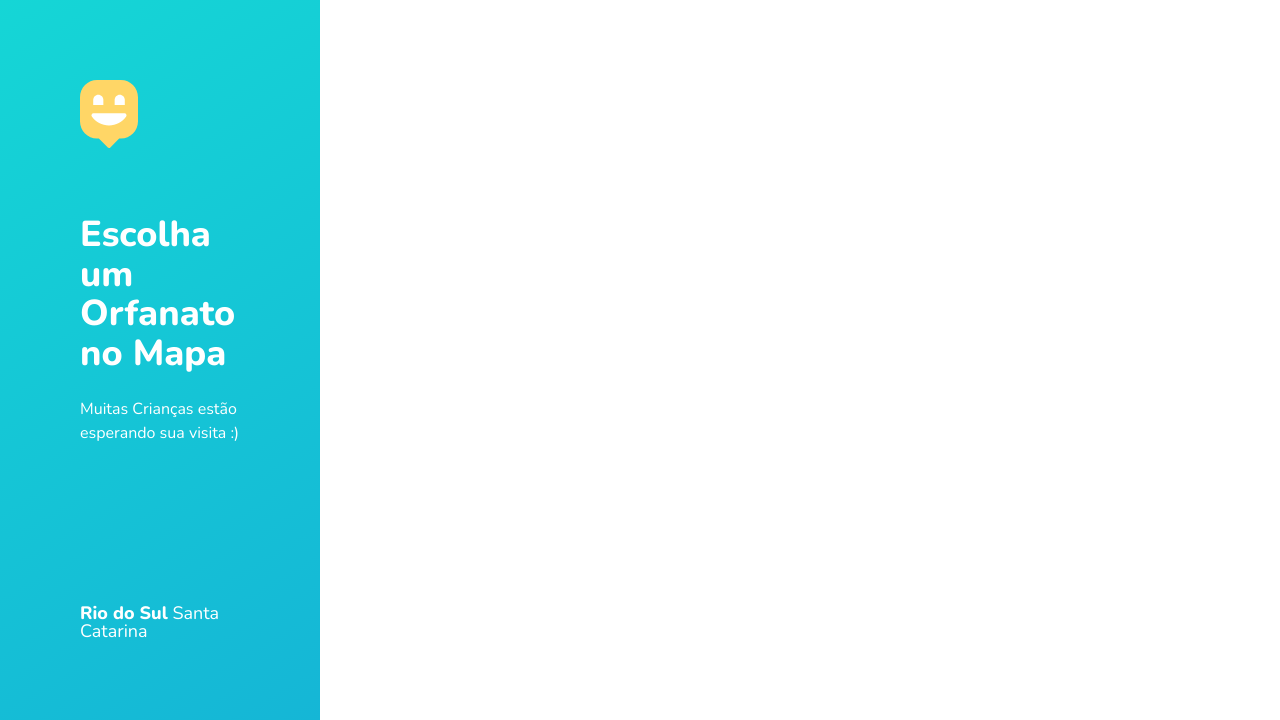
Repository: TeoNogueira/nlw3-rocketseatproject
Page: orphanages.html
The author's editor kept a copy of each file at every save. The page is drawn from the files as they stood at one save, then again after the next save.
The browser window is 1280 px wide. The pictures show the whole page.

Above is the page before, as saved 2020-10-13 17:09:14.

### orphanages.html
<!DOCTYPE html>
<html lang="en">

<head>
  <meta charset="UTF-8" />
  <meta name="viewport" content="width=device-width, initial-scale=1.0" />
  <title>Localize um Orfanato | Happy</title>
  <link rel="icon" href="/images/logo-icon.png" />
  <link rel="stylesheet" href="/css/main.css" />
  <link rel="stylesheet" href="/css/animations.css" />
  <link rel="stylesheet" href="/css/page-orphanages.css" />
  <link href="https://fonts.googleapis.com/css2?family=Nunito:wght@400;600;800&display=swap" rel="stylesheet">

</head>

<body id="body">
  <div id="page-orphanages" class=""> <!--ORPHANAGES COMEÇO-->
    <aside>
      <header>

        <img src="/images/map-marker.svg" alt="Happy" class="">

        <h2> Escolha um Orfanato no Mapa</h2>

        <p> Muitas Crianças estão esperando sua visita :)


        </p>

      </header>


<footer>

  <strong>Rio do Sul</strong>
  <span>Santa Catarina</span>
</footer>


    </aside>

    <div id="mapid"></div>

<a href="create-orphanage" class="create-orphanage" title="cadastre um orfanato">
  <img src="/images/plus.svg" alt="Criar orfanato" class="">

</a>



  </div><!--ORPHANAGES FIM-->
</body>

</html>

<!-- Hello World Hypertext >> são textos que contém links


    markup = marcações de tags
    -->

### public/css/main.css
* {
  margin: 0;
  padding: 0;
  box-sizing: border-box;
}

:root {
  font-size: 62.5%;
}
/* através do "ROOTEM" ou "rem" posso criar um root de tamanhos de pixels pre-configurados por mim mesmo*/

body {
  height: 100vh;
  color: white;
}

body,
button,
input,
textarea {
  /*
    font-size: 1.1em;
    font-family: 'Nunito', sans-serif;
    line-height: 1;
    font-weight: 400;*/
  font: 400 1.8rem/1 "Nunito", sans-serif;
}

### public/css/animations.css
/* Animações  ----*/

@keyframes up {
  from {
    opacity: 0;
    transform: translateY(16px);
  }

  to {
    opacity: 1;
    transform: translateX(0);
  }
}

.animate-up {
  animation-name: up;
  animation-duration: 300ms;
  animation-fill-mode: backwards;
}

/* Animações FIM ----*/

### public/css/page-orphanages.css
#page-orphanages {

width: 100%;
height: 100%;
display: flex;




}


aside { width: clamp(24rem, 25vw, 44rem);
    padding: 8rem;

background: linear-gradient(329.54deg, #15b6d6 0%, #15d6d6);

display: flex;
flex-direction: column;
justify-content: space-between;

}

aside h2 { margin-top: 6.4rem;
    font: 800 3.6rem/1.1 'Nunito', sans-serif;



}


aside p { margin-top: 2.4rem;
font: 400 1.6rem/1.5 'Nunito', sans-serif;}

After the next save:
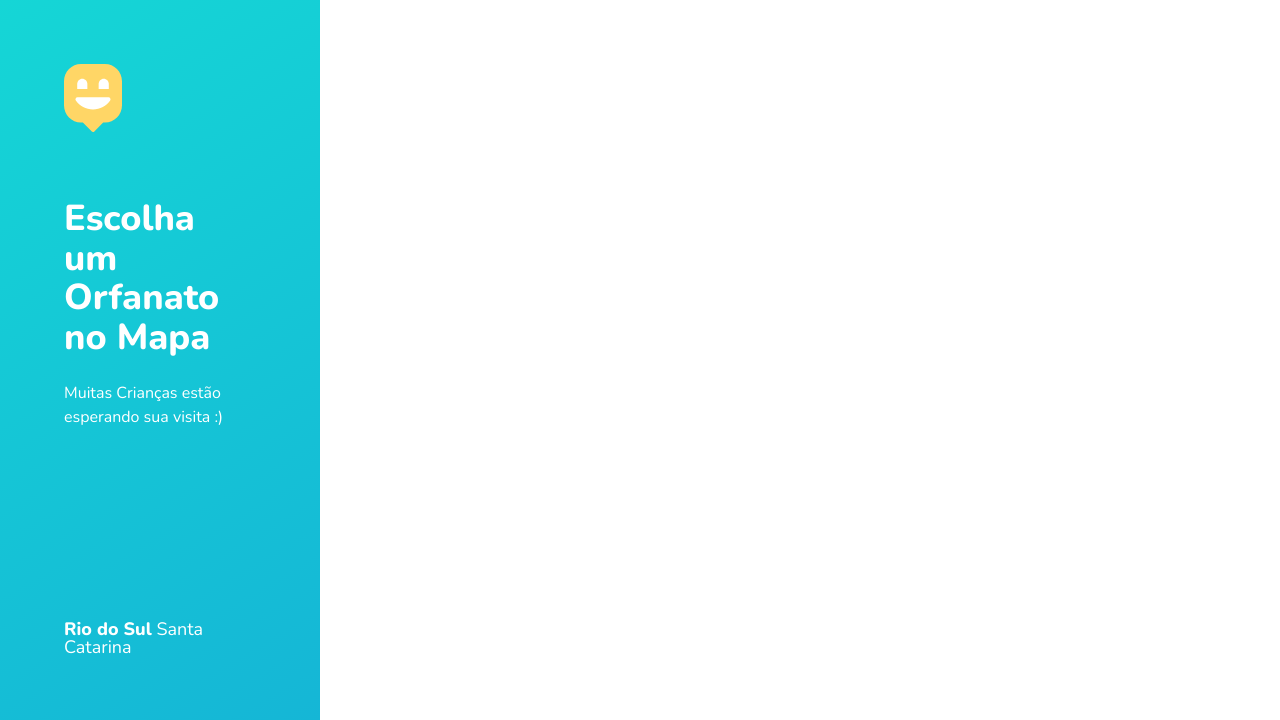
Saved 2 min 49 s later.
--- a/public/css/page-orphanages.css
+++ b/public/css/page-orphanages.css
@@ -11,7 +11,7 @@
 
 
 aside { width: clamp(24rem, 25vw, 44rem);
-    padding: 8rem;
+    padding: clamp(3rem, 5vw, 8rem);
 
 background: linear-gradient(329.54deg, #15b6d6 0%, #15d6d6);
 
